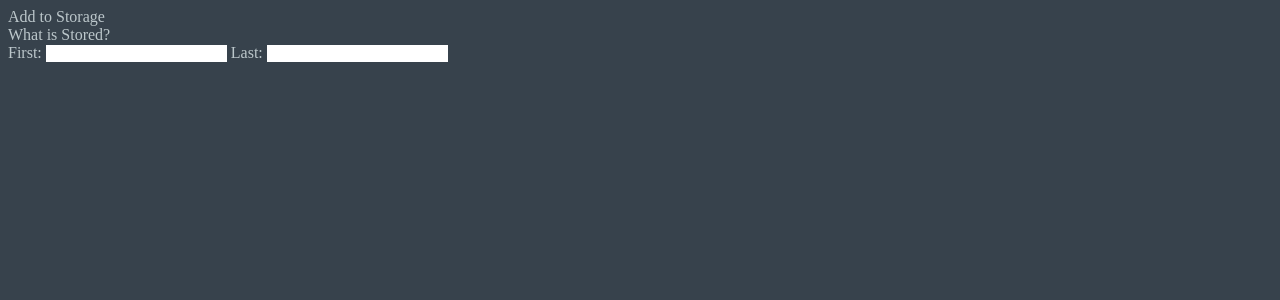
Repository: randy918/json-ajax-u-415
Page: index.html
An editor plug-in stored every save of this project. The page is shown before and after the next save, followed by the edit.
The browser window is 1280 px wide. The pictures show the whole page.

Above is the page before, as saved 2023-04-16 17:56:37.
Console error: ReferenceError: addToStorage is not defined

After the next save:
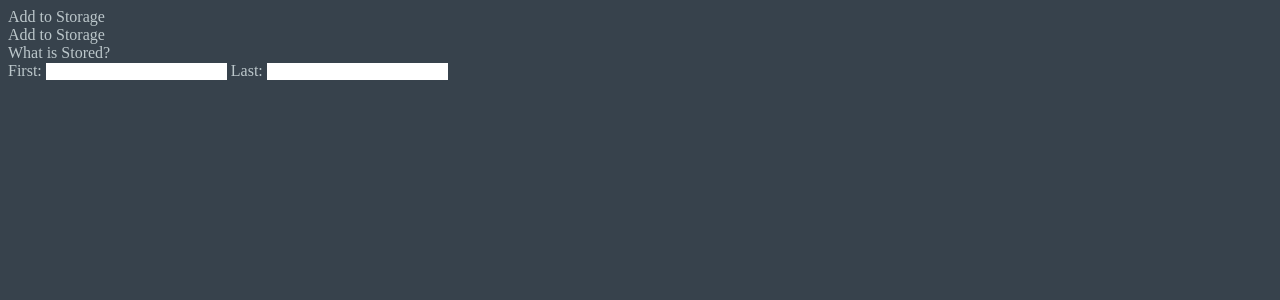
Saved 26 s later.
--- a/index.html
+++ b/index.html
@@ -12,6 +12,7 @@
     </head>
 
     <body>
+<div id="addButton">Add to Storage</div>
 <div id="addButton">Add to Storage</div>
 <div id="seeButton">What is Stored?</div>
 First: <input type = "text" id = "firstName">
